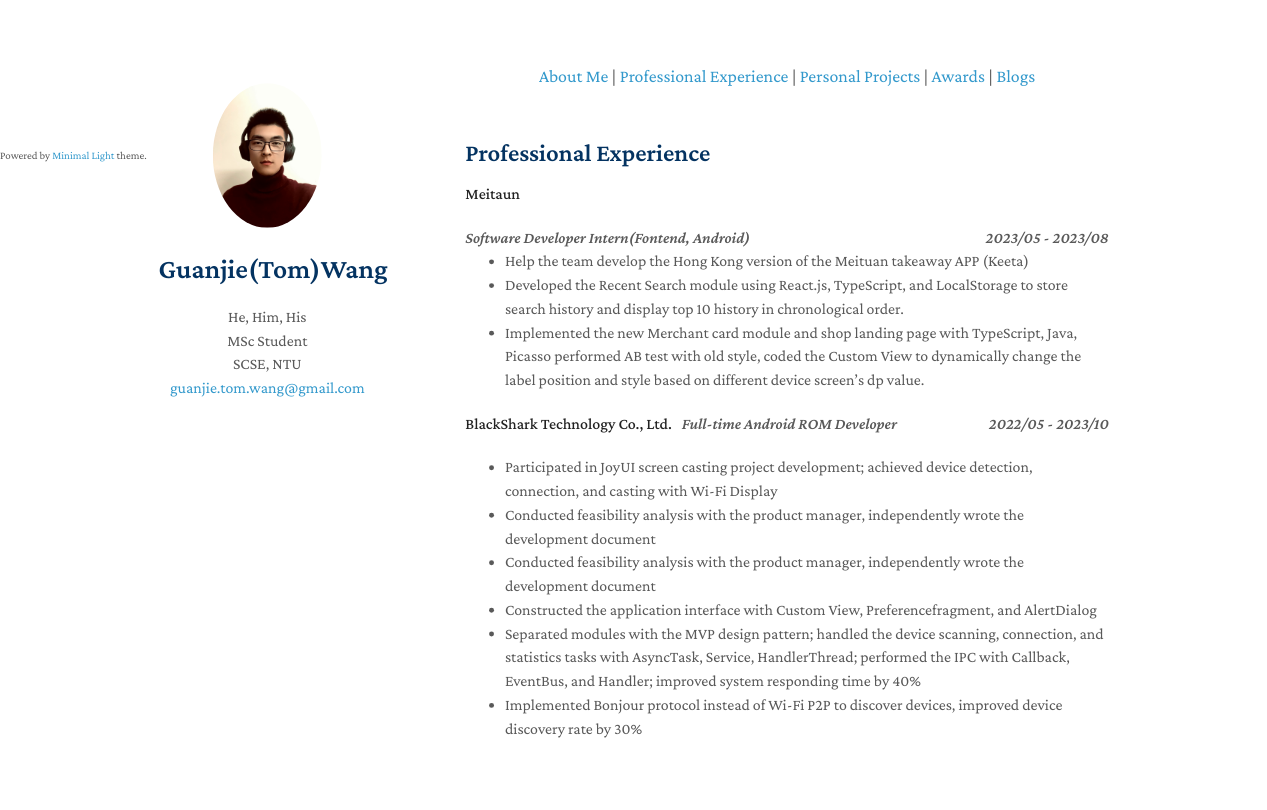
Repository: guanjie01/aboutme
Page: html/professional.html
The author's editor kept a copy of each file at every save. The page is drawn from the files as they stood at one save, then again after the next save.
The browser window is 1280 px wide. The pictures show the whole page, at 99% of full size.

Above is the page before, as saved 2023-07-31 18:42:19.

After the next save:
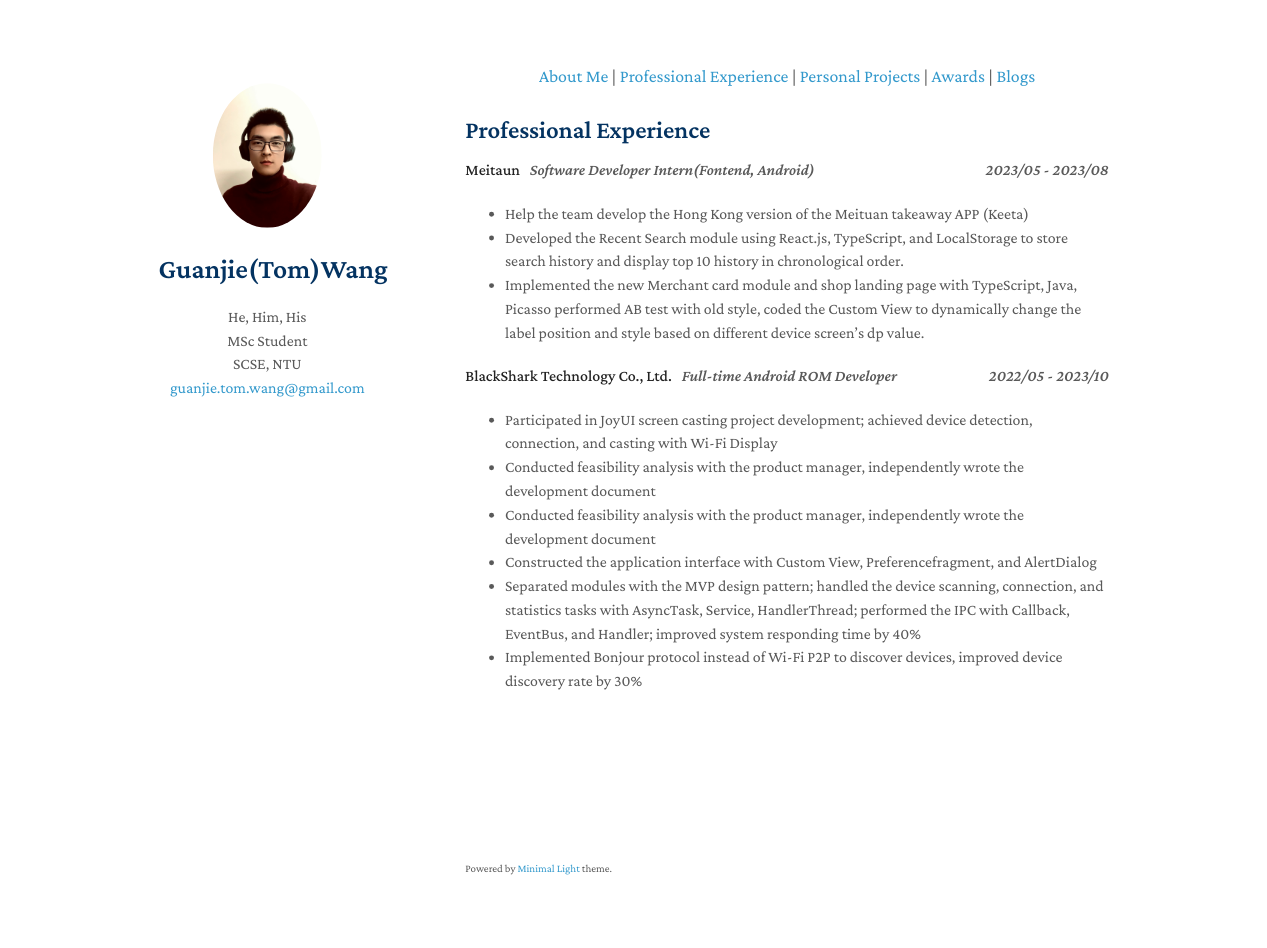
Saved 25 s later.
--- a/html/professional.html
+++ b/html/professional.html
@@ -68,18 +68,17 @@
         <a href="https://o-guanjiewang-o.github.io/guanjiewang.com/html/blogs.html">Blogs</a>
       </nav>
       <br />
-      <br id="work-experience">
+      <div id="work-experience">
         <h2>Professional Experience</h2>
       <p>
           <strong style="float:left;margin-right:10px;">Meitaun<br></strong>
-      </br>
-         </p>
-         <p>
+
           <em style="float:left;">Software Developer Intern(Fontend, Android)</em>
 
           <em style="float:right;margin-left:10px;">2023/05 - 2023/08</em>
+      </br>
          </p>
-        </br>
+
         <ul>
           <li>
             Help the team develop the Hong Kong version of the Meituan takeaway APP (Keeta)
